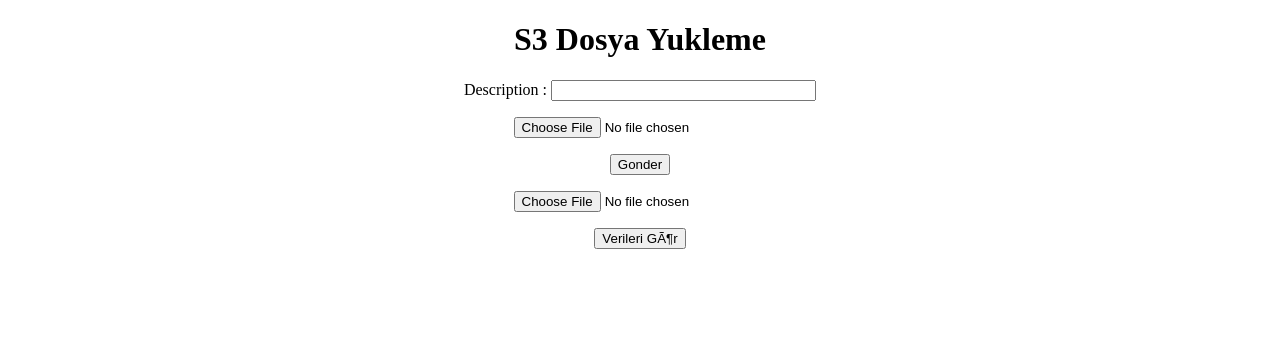
Repository: erengthb/AWS-Java-Servlet-Project
Page: http://localhost/Proje/upload.jsp
An editor plug-in stored every save of this project. The page is shown before and after the next save, followed by the edit.
The browser window is 1280 px wide. The pictures show the whole page.
The page is served by Tomcat 9. Other server files are loaded and not shown.

Above is the page before, as saved 2022-04-17 12:53:37.

### Proje/src/main/webapp/upload.jsp
<%@ page language="java" contentType="text/html; charset=ISO-8859-1"
    pageEncoding="ISO-8859-1"%>
<!DOCTYPE html>
<html>
<head>
<meta charset="ISO-8859-1">
<title>Dosya Yukleme</title>
</head>
<body>

<div align ="center">

<div><h1>S3  Dosya Yukleme</h1></div>
<div>
<form action ="upload" method = "post" enctype = "multipart/form-data">
<p> Description : <input type ="text" name= "Description	" size="30" required/> </p>

<p> <input type ="file" name = "file" required /></p>
<p> <button type= "submit" >Gonder</button> </p>


</form>
<form action ="download" method = "get" enctype = "multipart/form-data">


<p> <input type ="file" name = "file" required /></p>
<p> <button type= "submit" >Verileri Gör</button> </p>


</form>
</div>
</div>


</body>
</html>

After the next save:
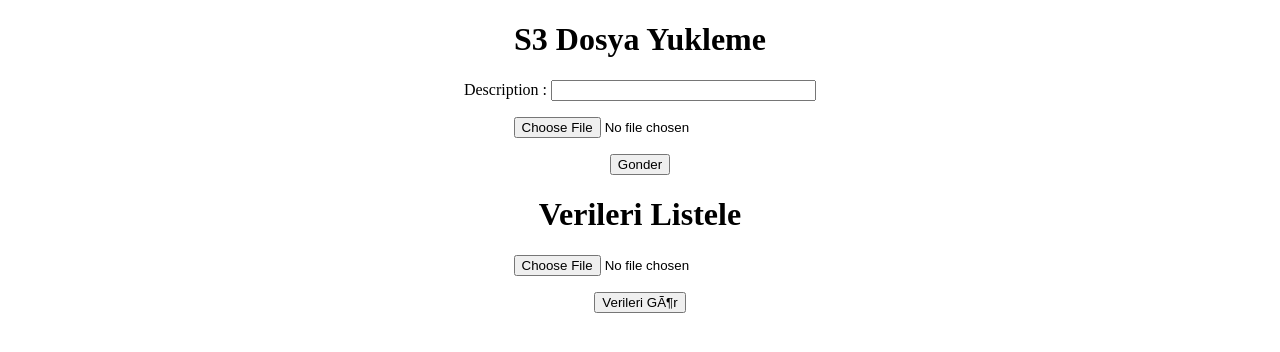
Saved 82 s later.
--- a/Proje/src/main/webapp/upload.jsp
+++ b/Proje/src/main/webapp/upload.jsp
@@ -20,6 +20,7 @@
 
 
 </form>
+<div><h1>Verileri Listele</h1></div>
 <form action ="download" method = "get" enctype = "multipart/form-data">
 
 
